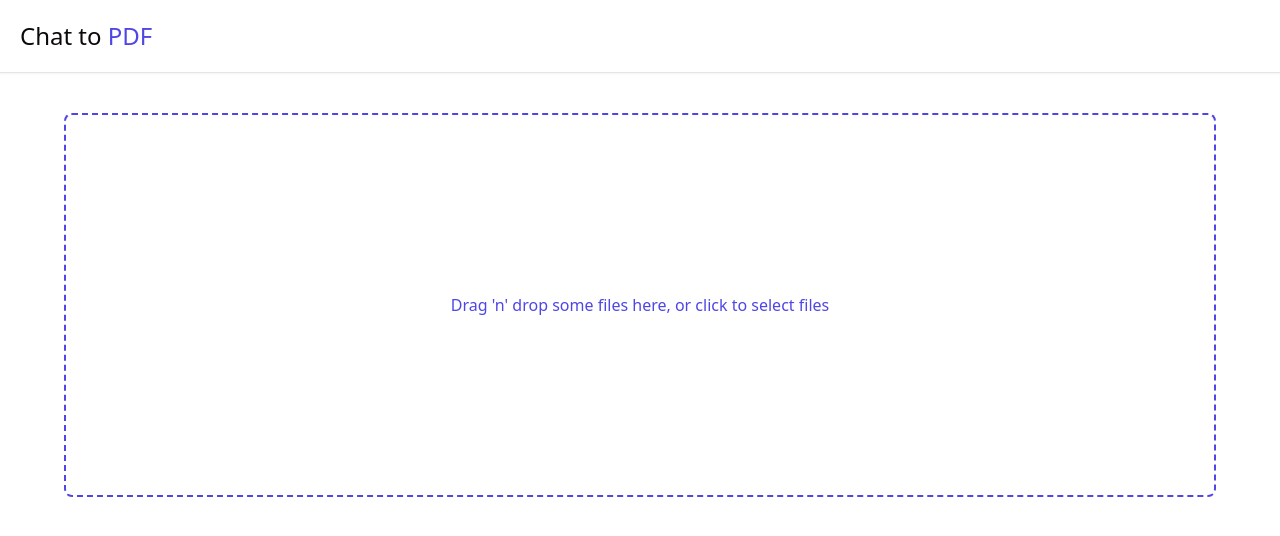
Repository: ankur28/chat-with-pdf
Page: /dashboard/upload
The author's editor kept a copy of each file at every save. The page is drawn from the files as they stood at one save, then again after a run of saves.
The browser window is 1280 px wide. The pictures show the whole page.
The page's requests for data from a server got no answer. The project was rebuilt for these pictures with package versions that can differ from the ones it lists, and the page was loaded fresh each time. Some packages were replaced by stand-ins written for this rebuild. The framework's server and built-in components were replaced by stand-ins that run in the browser. No one was signed in, and anything a server would have sent is missing. Also part of the build but not shown: next.config.js, next.config.mjs, lib/utils.ts, components/ui/button.tsx.

Above is the page before, as saved 2024-07-24 19:34:12.

### app/layout.tsx
import type { Metadata } from "next";
import { Inter } from "next/font/google";
import "./globals.css";
import {
  ClerkProvider,
} from '@clerk/nextjs'

const inter = Inter({ subsets: ["latin"] });

export const metadata: Metadata = {
  title: "ChatWithPDF",
  description: "Generated by create next app",
};

export default function RootLayout({
  children,
}: Readonly<{
  children: React.ReactNode;
}>) {
  return (
    <ClerkProvider>
        <html lang="en">
          <body className="min-h-screen h-screen overflow-hidden flex flex-col">{children}</body>
        </html>
    </ClerkProvider>
  );
}

### app/dashboard/layout.tsx
import Header from '@/components/Header'
import { ClerkLoaded } from '@clerk/nextjs'
import React from 'react'

function DashboardLayout({children}: { children: React.ReactNode}) {
  return (
    <ClerkLoaded>
        {/* the main layout has flex col so here flex-1 to use max space for the parent */}
        <div className='flex-1 flex flex-col'>
            <Header />
          <main className='flex-1 overflow-y-auto'>{children}</main>
        </div>
    </ClerkLoaded>
  )
}

export default DashboardLayout

### app/dashboard/upload/page.tsx
'use client'

import { useCallback } from 'react'
import {useDropzone} from 'react-dropzone'

function UploadPage() {
    const onDrop = useCallback((acceptedFiles: File[]) => {
        // Do something with the files
      }, [])
      const {getRootProps, getInputProps, isDragActive, isFocused} = useDropzone({onDrop})

  return (
    <div className='flex flex-col gap-4 items-center max-w-7xl mx-auto'>
        {/* Loading section */}
    <div {...getRootProps()}
    className={`p-10 border-2 border-dashed mt-10 w-[90%] border-indigo-600 text-indigo-600
    rounded-lg h-96 flex items-center justify-center `}>
      <input {...getInputProps()} />
      {
          isDragActive ?
          <p>Drop the files here ...</p> :
          <p>Drag 'n' drop some files here, or click to select files</p>
        }
    </div>
    </div>
  )
}

export default UploadPage

### components/Header.tsx
import { SignedIn, UserButton } from '@clerk/nextjs'
import { FilePlus2 } from 'lucide-react'
import Link from 'next/link'
import React from 'react'
import { Button } from './ui/button'

function Header() {
  return (
    <div className='flex justify-between bg-white shadow-sm p-5 border-b'>
      <Link href="/dashboard" className='text-2xl'>
        Chat to <span className='text-indigo-600'>PDF</span>
      </Link>

      <SignedIn>
      <div className='flex items-center space-x-2'>
        <Button asChild variant="link" className='hidden md:flex'>
            <Link href="/dashboard/upgrade">Pricing</Link>
        </Button>
        <Button asChild variant="outline" >
            <Link href="/dashboard">My Documents</Link>
        </Button>
        <Button asChild variant="outline" className='border-indigo-600' >
            <Link href="/dashboard/upload">
                <FilePlus2 className='text-indigo-600' />
            </Link>
        </Button>
        {/* upgrade button */}

           <UserButton></UserButton>
        </div>
      </SignedIn>
    </div>
  )
}

export default Header

Loaded but not shown: app/globals.css (common file); tailwind.config.ts (common file)

After the next 11 saves:
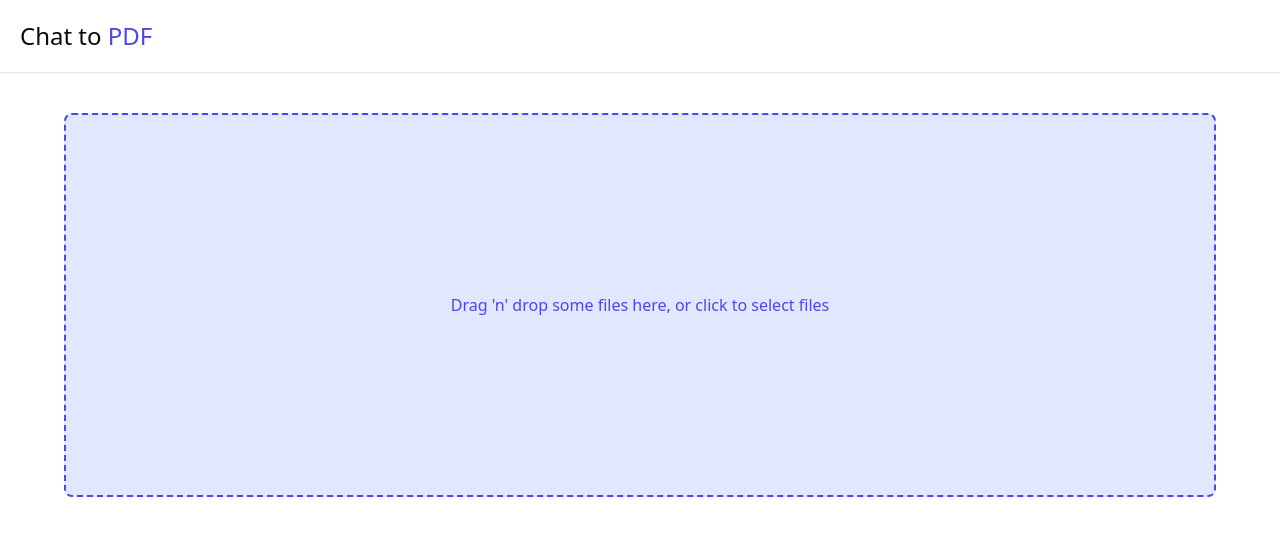
The 11 saves are shown as one change because 3 did not build or start and some came seconds apart.
The last was saved 43 s later.
--- a/app/dashboard/upload/page.tsx
+++ b/app/dashboard/upload/page.tsx
@@ -14,7 +14,7 @@ function UploadPage() {
         {/* Loading section */}
     <div {...getRootProps()}
     className={`p-10 border-2 border-dashed mt-10 w-[90%] border-indigo-600 text-indigo-600
-    rounded-lg h-96 flex items-center justify-center `}>
+    rounded-lg h-96 flex items-center justify-center ${ isFocused || isDragActive ? "bg-indigo-300" : "bg-indigo-100"}`}>
       <input {...getInputProps()} />
       {
           isDragActive ?
